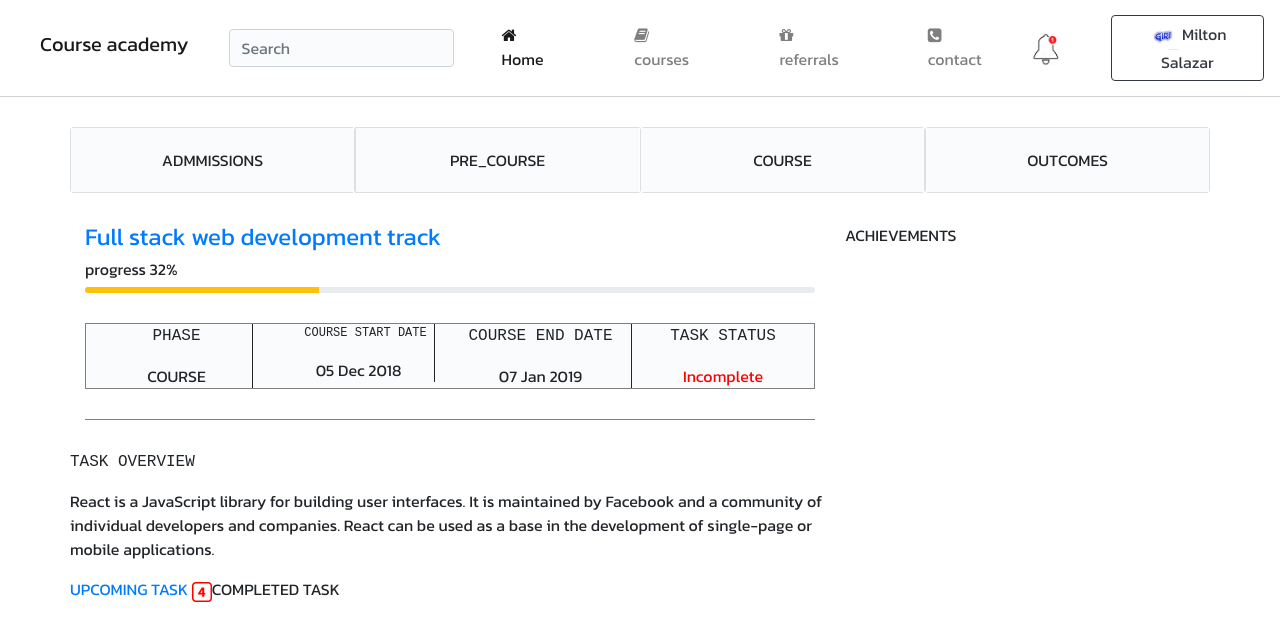
Repository: giribabu1997/html-layout
Page: task.html
The author's editor kept a copy of each file at every save. The page is drawn from the files as they stood at one save, then again after the next save.
The browser window is 1280 px wide. The pictures show the whole page.
Some web fonts or font styles are not loaded; a fallback is used.

Above is the page before, as saved 2019-06-25 22:03:04.

After the next save:
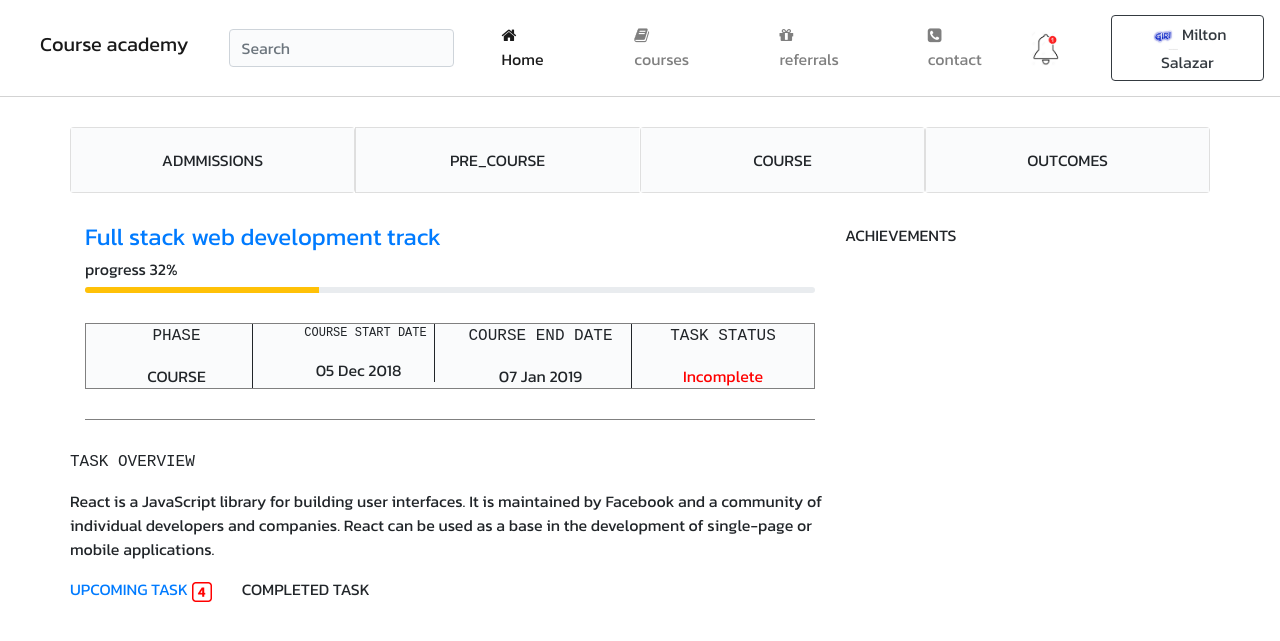
Saved 40 s later.
--- a/task.html
+++ b/task.html
@@ -151,7 +151,7 @@
                 </div>
                 <div class="row">
                     <p class="text-primary">UPCOMING TASK <img src="4.png" width="20px" /></p>
-                    <h style="padding-right:30px ">COMPLETED TASK</h>
+                    <h style="padding-left:30px ">COMPLETED TASK</h>
                 </div>
             </div>
             <div class="col-4">

After the 3 saves that followed:
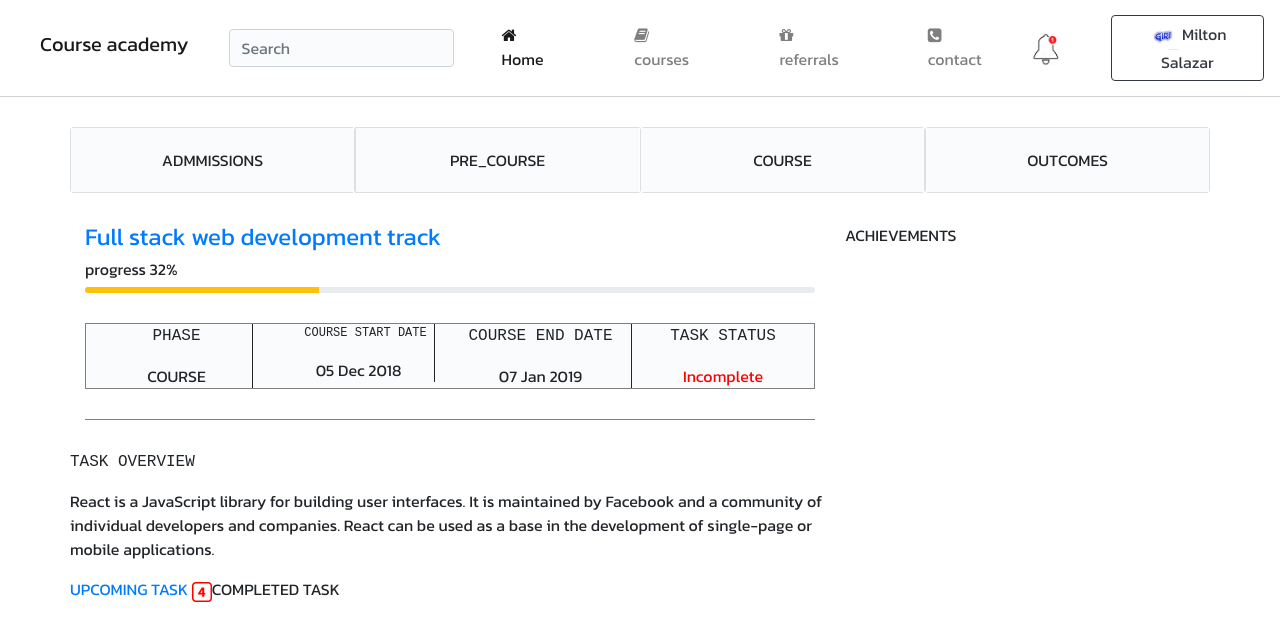
The 3 saves are shown as one change because they came seconds apart.
The last was saved 28 s later.
--- a/task.html
+++ b/task.html
@@ -151,7 +151,7 @@
                 </div>
                 <div class="row">
                     <p class="text-primary">UPCOMING TASK <img src="4.png" width="20px" /></p>
-                    <h style="padding-left:30px ">COMPLETED TASK</h>
+                    <h style="padding: left 50px; ">COMPLETED TASK</h>
                 </div>
             </div>
             <div class="col-4">
